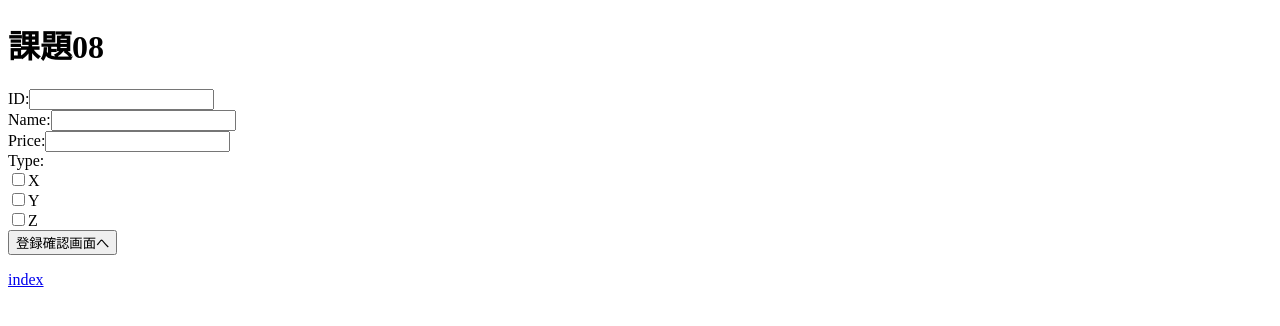
Repository: kashu256/kadai08_JV
Page: kadai08_1/src/main/webapp/index.html
The author's editor kept a copy of each file at every save. The page is drawn from the files as they stood at one save, then again after the next save.
The browser window is 1280 px wide. The pictures show the whole page.

Above is the page before, as saved 2024-12-12 11:53:29.

### kadai08_1/src/main/webapp/index.html
<!DOCTYPE html>
<html>
	<head>
		<meta charset="UTF-8">
		<title>Insert title here</title>
	</head>
	<body>
		<h1>課題08</h1>
		<form action="ProductRegist" method="post">
			<label>ID:<input type="text" name="id"></label><br>
			<label>Name:<input type="text" name="name"></label><br>
			<label>Price:<input type="text" name="price"></label><br>
			<label>Type:</label><br>
			<label><input type="checkbox" name="cb" value="x">X</label><br>
			<label><input type="checkbox" name="cb" value="y">Y</label><br>
			<label><input type="checkbox" name="cb" value="z">Z</label><br>
			<input type="submit" value="登録確認画面へ">
		</form>
		<p><a href="ProductRegist">index</a></p>
	</body>
</html>

After the next save:
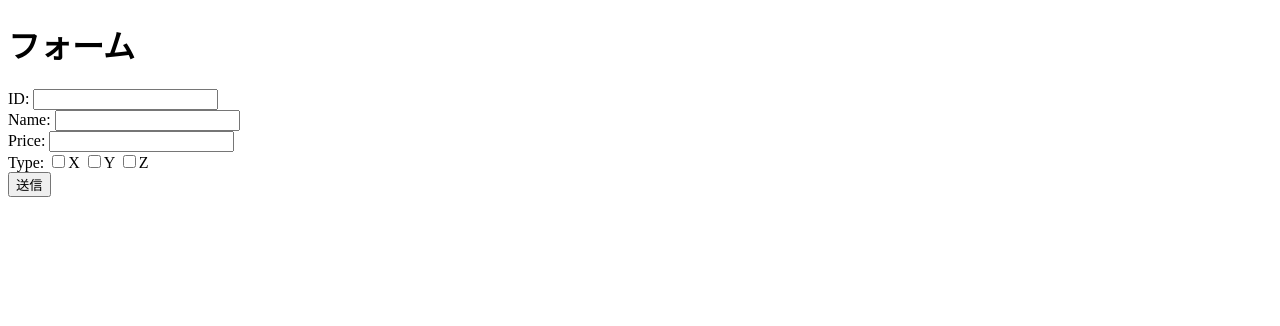
Saved 51 s later.
--- a/kadai08_1/src/main/webapp/index.html
+++ b/kadai08_1/src/main/webapp/index.html
@@ -1,21 +1,27 @@
 <!DOCTYPE html>
-<html>
-	<head>
-		<meta charset="UTF-8">
-		<title>Insert title here</title>
-	</head>
-	<body>
-		<h1>課題08</h1>
-		<form action="ProductRegist" method="post">
-			<label>ID:<input type="text" name="id"></label><br>
-			<label>Name:<input type="text" name="name"></label><br>
-			<label>Price:<input type="text" name="price"></label><br>
-			<label>Type:</label><br>
-			<label><input type="checkbox" name="cb" value="x">X</label><br>
-			<label><input type="checkbox" name="cb" value="y">Y</label><br>
-			<label><input type="checkbox" name="cb" value="z">Z</label><br>
-			<input type="submit" value="登録確認画面へ">
-		</form>
-		<p><a href="ProductRegist">index</a></p>
-	</body>
+<html lang="ja">
+<head>
+    <meta charset="UTF-8">
+    <title>フォーム入力</title>
+</head>
+<body>
+    <h1>フォーム</h1>
+    <form action="ProductRegist" method="post">
+        <label for="id">ID:</label>
+        <input type="text" name="id" id="id" required><br>
+
+        <label for="name">Name:</label>
+        <input type="text" name="name" id="name" required><br>
+
+        <label for="price">Price:</label>
+        <input type="text" name="price" id="price" required><br>
+
+        <label>Type:</label>
+        <input type="checkbox" name="type" value="x">X
+        <input type="checkbox" name="type" value="y">Y
+        <input type="checkbox" name="type" value="z">Z<br>
+
+        <button type="submit">送信</button>
+    </form>
+</body>
 </html>

After the save that followed:
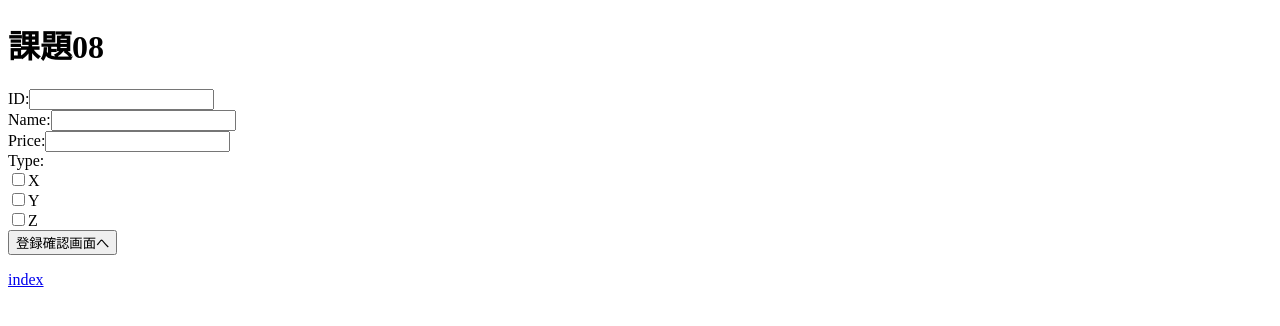
Saved 3 min 34 s later.
--- a/kadai08_1/src/main/webapp/index.html
+++ b/kadai08_1/src/main/webapp/index.html
@@ -1,27 +1,21 @@
 <!DOCTYPE html>
-<html lang="ja">
-<head>
-    <meta charset="UTF-8">
-    <title>フォーム入力</title>
-</head>
-<body>
-    <h1>フォーム</h1>
-    <form action="ProductRegist" method="post">
-        <label for="id">ID:</label>
-        <input type="text" name="id" id="id" required><br>
-
-        <label for="name">Name:</label>
-        <input type="text" name="name" id="name" required><br>
-
-        <label for="price">Price:</label>
-        <input type="text" name="price" id="price" required><br>
-
-        <label>Type:</label>
-        <input type="checkbox" name="type" value="x">X
-        <input type="checkbox" name="type" value="y">Y
-        <input type="checkbox" name="type" value="z">Z<br>
-
-        <button type="submit">送信</button>
-    </form>
-</body>
+<html>
+	<head>
+		<meta charset="UTF-8">
+		<title>Insert title here</title>
+	</head>
+	<body>
+		<h1>課題08</h1>
+		<form action="ProductRegist" method="post">
+			<label>ID:<input type="text" name="id"></label><br>
+			<label>Name:<input type="text" name="name"></label><br>
+			<label>Price:<input type="text" name="price"></label><br>
+			<label>Type:</label><br>
+			<label><input type="checkbox" name="cb" value="x">X</label><br>
+			<label><input type="checkbox" name="cb" value="y">Y</label><br>
+			<label><input type="checkbox" name="cb" value="z">Z</label><br>
+			<input type="submit" value="登録確認画面へ">
+		</form>
+		<p><a href="ProductRegist">index</a></p>
+	</body>
 </html>
